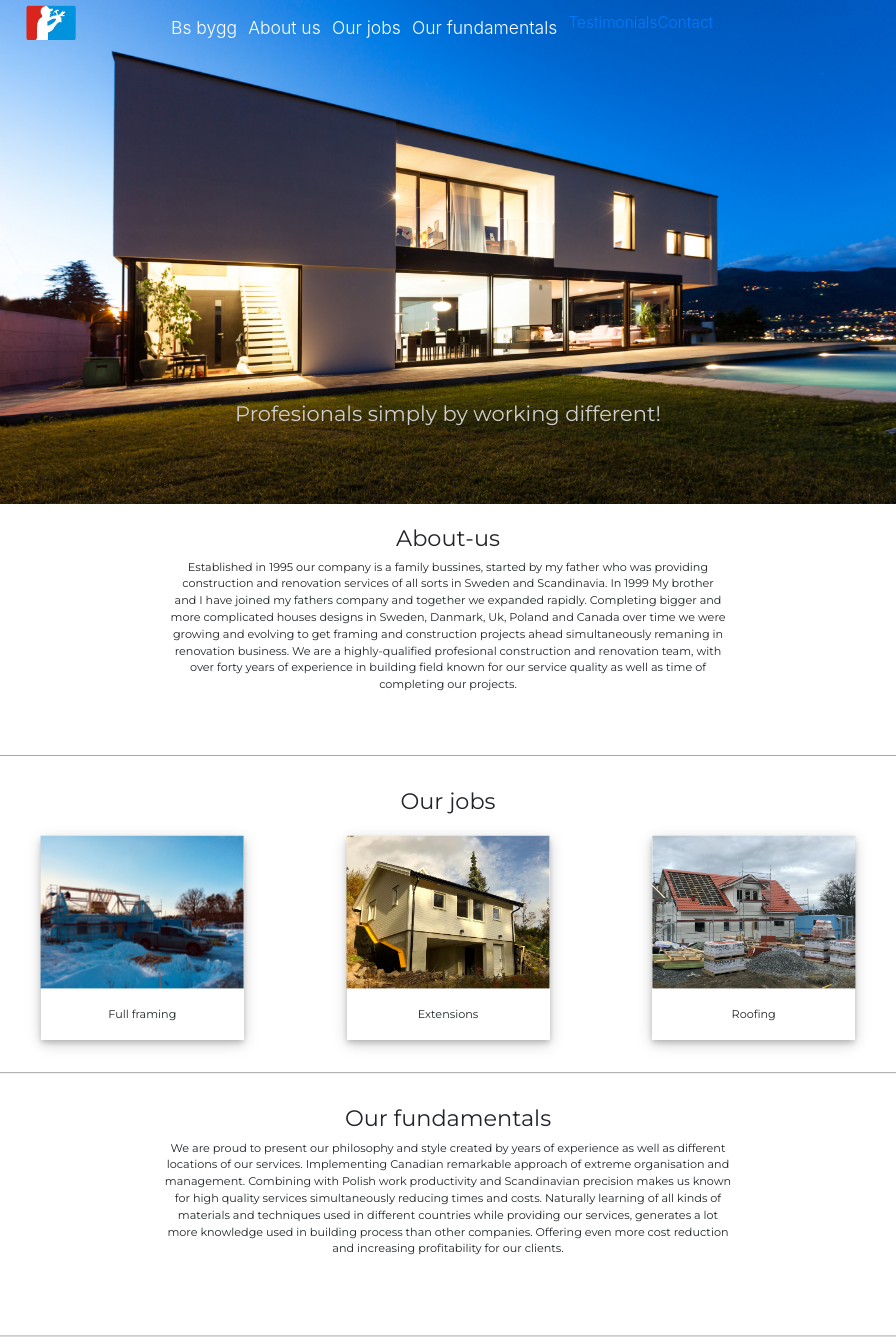
Repository: Bartie1982/milestone-project-1
Page: index.html
The author's editor kept a record of every edit. The page is drawn from the files as they stood at one moment, then again after the next edit.
The browser window is 1280 px wide. The pictures show the part of the page from y = 0 to 1920 px (the page is 2806 px tall), at 70% of full size.
Some web libraries are served in a nearby version.

Above is the page before.

### index.html
<!DOCTYPE html>
<html lang="en">

<head>
    <meta charset="UTF-8">
    <meta name="viewport" content="width=device-width, initial-scale=1.0">
    <meta http-equiv="X-UA-Compatible" content="ie=edge">
    <link rel="stylesheet" href="https://stackpath.bootstrapcdn.com/bootstrap/4.3.1/css/bootstrap.min.css" type="text/css" />
    <link rel="stylesheet" href="https://stackpath.bootstrapcdn.com/font-awesome/4.7.0/css/font-awesome.min.css" type="text/css" />
    <link rel="stylesheet" href="assets/css/style.css" type="text/css" />
    <title>BsBygg</title>
</head>

<body>
    <header>
        <div class="container-fluid h-50 d-inline-block">
            <div class="row">
                   <div class="mt-2 float-sm-left col-lg-2 col-md-3 col-sm-4 col-4">
                        <a href="index.html">
                        <img class="img logo" src="./assets/images/logo1.png" alt="Bs.bygg">
                        </a>
                    </div>
                    <div class="mt-2 col-lg-10 col-md-9 col-sm-8 col-8">
                            <nav class="mt-0 navbar navbar-expand-lg navbar-dark navbar-custom">
                            <a class="navbar-brand float-sm-left" href="index.html">Bs bygg</a>
                             <button class="navbar-toggler" type="button" data-toggle="collapse" data-target="#navbarNav" aria-controls="navbarNav" aria-expanded="false" aria-label="Toggle navigation">
                                    <span class="navbar-toggler-icon"></span>
                            </button>
                                <div class="collapse navbar-collapse" id="navbarNav">
                                    <ul class="navbar-nav">
                                        <li class="nav-item">
                                            <a class="navbar-brand" href="#about-us">About us</a>
                                        </li>
                                        <li class="nav-item">
                                            <a class="navbar-brand" href="#our-jobs">Our jobs</a>
                                        </li>
                                        <li class="nav-item">
                                            <a class="navbar-brand" href="#our-fundamentals">Our fundamentals</a>
                                        </li>
                                        <li class="nav-item">
                                            <a class="avbar-brand" href="#testimonials">Testimonials</a>
                                        </li>
                                        <li class="nav-item">
                                            <a class="avbar-brand" href="#contact">Contact</a>
                                        </li>
                                    </ul>
                                </div>

                        </nav>
                    </div>
        </div>
            </div>
            <div class="container-fluid h-50 d-inline-block">
                <div class="h-75 d-inline-block d-flex justify-content-center quote">
                        <p class="align-self-end ">Profesionals simply by working different!</p>
                </div>
            </div>
    </header>

    <section>
        <div class="d-flex justify-content-center" id="about-us">
            <div class="col-md-8 about-us">
                <h2>About-us</h2>

                <p class="col-md-12 text-space">Established in 1995 our company is a family bussines,
                started by my father who was providing construction and renovation services of all sorts in Sweden and Scandinavia.
                In 1999 My brother and I have joined my fathers company and together we expanded rapidly.
                Completing bigger and more complicated houses designs in Sweden, Danmark, Uk, Poland and Canada over time  we were growing and evolving to get framing and construction projects ahead simultaneously remaning in renovation business.
                We are a highly-qualified profesional construction and renovation team, with over forty years of experience in building field known for our service quality as well as time of completing our projects.
                </p>

            </div>
        </div>

        <div class="row">
            <div class="col-md-12 h-line4">
                <hr>
            </div>
        </div>

    </section>
    <section>
        <div class="row" id="our-jobs">
            <div class="col-md-12 Our-jobs">
                <h2>Our jobs</h2>
                    <div class="row d-flex justify-content-around">
                        <div class="col-sm-12 col-md-12 col-lg-4">
                            <div class="polaroid">
                        <img src="./assets/images/balsta-light.jpg" alt="Full framing" style="width:100%">
                             <div class="container p">
                             <p>Full framing</p>
                             </div>
                       </div>
                        </div>
                        <div class="col-sm-12 col-md-12 col-lg-4">
                            <div class="polaroid">
                        <img src="./assets/images/akersberga-ed.jpg" alt="Extensions" style="width:100%">
                             <div class="container p">
                             <p>Extensions</p>
                             </div>
                       </div>
                        </div>
                        <div class="col-sm-12 col-md-12 col-lg-4">
                            <div class="polaroid">
                        <img src="./assets/images/tak-arbetet-ed.jpg" alt="Roofing" style="width:100%">
                             <div class="container p">
                             <p>Roofing</p>
                         </div>
                        </div>
                    </div>
                </div>
            </div>
        </div>
    </section>
    <section>
        <div class="row">
            <div class="col-md-12 h-line3">
                <hr>
            </div>
        </div>
        <div class="row d-flex justify-content-center" id="our-fundamentals">
            <div class="col-md-8 our-fundamentals">
                <h2>Our fundamentals</h2>

                <p class="col-md-12 text-space">We are proud to present our philosophy and style created by years of experience as well as different locations of our services.
                Implementing  Canadian remarkable approach of extreme organisation and management.
                Combining with Polish work productivity and Scandinavian precision makes us known for high quality services simultaneously reducing times and costs.
                Naturally learning of all kinds of materials and techniques used in different countries while providing our services, generates a lot more knowledge used in building process than other companies. Offering even more
                cost reduction and increasing profitability for our clients.
                </p>
            </div>
        </div>

        <div class="row">
            <div class="col-md-12 h-line4">
                <hr>
            </div>
        </div>
    </section>
    <section>
        <div class="row" id="testimonials">
            <div class="col-md-12 Testimonials">
                <h2>Testimonials</h2>
                    <div class="row people d-flex justify-content-around">
                        <div class="col-sm-12 col-md-4 person">
                            <img class="img-fluid" src="./assets/images/Face 6.jpg" alt="Peter">
                            <p class="text-space"><i>"It's verry professional company with services worth recomending to everyone."</i><br><b>PETER</b></p>
                        </div>
                        <div class="col-sm-12 col-md-4 person">
                            <img class="img-fluid" src="./assets/images/Face 4.jpg" alt="Henrik">
                            <p class="text-space"><i>"Very good prepared and colaborative, I could see right away I have been hired profesionals."</i><br><b>HENRIK</b></p>
                        </div>
                        <div class="col-sm-12 col-md-4 person">
                            <img class="img-fluid" src="./assets/images/Face 7.jpg" alt="Frida">
                            <p class="text-space">"<i>Work was well planed, well orginased and definetly quick and clean."</i><br><b>FRIDA</b></p>
                        </div>
                    </div>
            </div>
                <div class="row">
                    <div class="col-md-12 h-line4">
                        <hr>
                    </div>
                </div>
    </section>
    <footer class="container-fluid" id="contact">
        <div class="row">
                <div class="col-lg-6 col-md-6 col-sm-12 mx-auto">
                    <h4 class="general-sub w-50 mx-auto">Contact</h4>

                        <div class="w-50 mx-auto">
                            <div>
                            <p><b>Email:</b> contact@bsbygg.com</p>
                            </div>
                            <div>
                            <p><b>Mobile:</b> 0704645042 </p>
                            </div>
                            <div>
                            <p><b>Adress:</b> Petersbergsvagen 5 <br>185 34 Vaxholm</p>
                        </div>
                </div>
        </div>
            <div class="col-lg-6 col-md-6 col-sm-12 social mx-auto">
                <h4 class="general-sub w-50 mx-auto">Social</h4>
                <ul class="list-inline social-links w-50 mx-auto">
                <li class="list-inline-item">
                    <a target="_blank" href="https://www.linkedin.com/">
                        <i class="fa fa-linkedin" aria-hidden="true"></i>
                        <span class="sr-only">Linkedin</span>
                    </a>
                </li>

                <li class="list-inline-item">
                    <a target="_blank" href="https://www.facebook.com/">
                        <i class="fa fa-facebook" aria-hidden="true"></i>
                        <span class="sr-only">Facebook</span>
                    </a>

                </li>
                <li class="list-inline-item">
                    <a target="_blank" href="https://www.pinterest.com/">
                        <i class="fa fa-pinterest" aria-hidden="true"></i>
                        <span class="sr-only">Pinterest</span>
                    </a>
                </li>
                <li class="list-inline-item">
                    <a target="_blank" href="https://www.instagram.com/">
                        <i class="fa fa-instagram" aria-hidden="true"></i>
                        <span class="sr-only">Instagram</span>
                    </a>
                </li>

                </ul>
            </div>
        </div>
        <div class="d-flex justify-content-center">
            <p class="">All rights reserved  Bartosz Szkaradzinski 2020</p>
        </div>
    </footer>
    <script src="https://code.jquery.com/jquery-3.2.1.slim.min.js" integrity="sha384-KJ3o2DKtIkvYIK3UENzmM7KCkRr/rE9/Qpg6aAZGJwFDMVNA/GpGFF93hXpG5KkN" crossorigin="anonymous"></script>
<script src="https://cdnjs.cloudflare.com/ajax/libs/popper.js/1.12.9/umd/popper.min.js" integrity="sha384-ApNbgh9B+Y1QKtv3Rn7W3mgPxhU9K/ScQsAP7hUibX39j7fakFPskvXusvfa0b4Q" crossorigin="anonymous"></script>
<script src="https://maxcdn.bootstrapcdn.com/bootstrap/4.0.0/js/bootstrap.min.js" integrity="sha384-JZR6Spejh4U02d8jOt6vLEHfe/JQGiRRSQQxSfFWpi1MquVdAyjUar5+76PVCmYl" crossorigin="anonymous"></script>
</body>

</html>

### assets/css/style.css
@import url('https://fonts.googleapis.com/css?family=Montserrat&display=swap:100,200,300,400,500,600,700|Exo:100,200,300,400,500,600,700');


/*----------------------------------------------Colours*/
.bg-color-name-title {
      color: #000234;
}



/*----------------------------------------------Heading*/

html, body {
    width: 100vw;
    overflow-x: hidden;
    overflow-y: auto;
}

header {
    height: 100vh;
    margin: 0;
    background: url("../images/Villa1.jpg");
    background-repeat: no-repeat;
    background-size: cover;


}

.logo {
    background-repeat: no-repeat;
    background-size: 30px;
    min-height: 20px;
    height: 50px;
    margin-top: inherit;
    margin-left: 20px;
    margin-right: 2px;
    padding-left: 0px;
    padding-right:0px;

}


.navbar {
    margin-right: auto;
    margin-left: auto;
    margin-top: 25px;
    color: #F8F8FF;

}

.navbar-dark {
    font-size: 22px;
    font-weight: 300;
    color: #F8F8FF;

}

.navbar-brand {
    font-size: 25px;
    color: #F8F8FF;
}


.quote {
    color: #cdcdcd;
    font-family: "Exo", Montserrat;
    font-weight: 100;
    font-size: 30px;
    text-align: center;


}


/*----------------------------------------------About us*/

.about-us {

    font-family: "Exo", Montserrat;
    margin-top: 30px;
    text-align: center;
    min-height: 300px;

}

/*----------------------------------------------Our fundamentals*/



.our-fundamentals {
    font-family: "Exo", Montserrat;
    margin-top: 30px;
    text-align: center;
    min-height: 300px;
}




/*----------------------------------------------Our jobs*/

.polaroid {
  width: 290px;
  box-shadow: 0 4px 8px 0 rgba(0, 0, 0, 0.2), 0 6px 20px 0 rgba(0, 0, 0, 0.19);
  text-align: center;
  margin: 30px auto 30px auto;

}

.Our-jobs {
    font-family: "Exo", Montserrat;
    margin-top: 30px;
    text-align: center;
    min-height: 300px;

}


/*----------------------------------------------Testimonials*/

.container p {
  padding: 25px;
}
.people {
    margin-top:20px;
    margin-bottom: 40px;
}
.person {

    height: inherit;
    margin-bottom: 30px;
}
.person img {
    width: 50%;
    margin-left: auto;
    margin-right: auto;
}
.person p {
    padding-left: 30px;
    padding-right: 30px;
}


.name {
    font-family: "Exo", Montserrat;
    background-position: center;
    margin-top: 50px;
    font-weight: 100;
    min-height: 100px;
    font-size: 46px;
    color: #fff;

}

.Testimonials {
    font-family: "Exo", Montserrat;
    margin-top: 30px;
    text-align: center;
    min-height: 300px;

}

/*----------------------------------------------Spacers/lines/margins/paddings/text */

h1,
h2,
h3,
h4 {
       margin: 0;
}

hr {
    background-color: grey;
    height: 1px;
    border: 0; }

.h-line3 {
    margin-top: 0;

}

.h-line4 {
    margin-top: 1%;
}

.text-space {
    margin-top: 10px;
    margin-bottom: 10px;
}

.general-sub {
    margin-top: 20px;
    margin-bottom: 10px;
    color: #fafafa;
    font-family: "Exo", Montserrat;
    font-weight: 300;

}

.inline-block {
    display: inline-block;

}

/*----------------------------------------------Footer*/

footer {
    background-color: #525252;
    color: #fafafa;
    min-height: 240px;
}

.contact {
    margin-left: auto;
    margin-right: auto;

}

.quote-pdf i {
    font-size: 20px;
    color: #fafafa;
    text-align: center;
    padding-left: 8px;
    transition: all 0.45s ease-in;
    -moz-transition: all 0.45s ease-in;
    -webkit-transition: all 0.45s ease-in;
    -o-transition: all 0.45s ease-in;
}

.quote-pdf i:hover {
    color: #40A8AF;

}
.social {
     margin-right: auto;
     margin-left: auto;
}

.social-links li a i {
    width: 30px;
    height:30px;
    padding: 15px;
    border-radius: 15%;
    font-size: 15px;
    line-height: 10px;
    text-align: center;
    color: #fafafa;
    background: #8f8f8f;
    transition: all 0.35s ease-in;
    -moz-transition: all 0.35s ease-in;
    -webkit-transition: all 0.35s ease-in;
    -o-transition: all 0.35s ease-in;
}

.social-links li a i:hover {
    background: #40A8AF;
}

After the next edit:
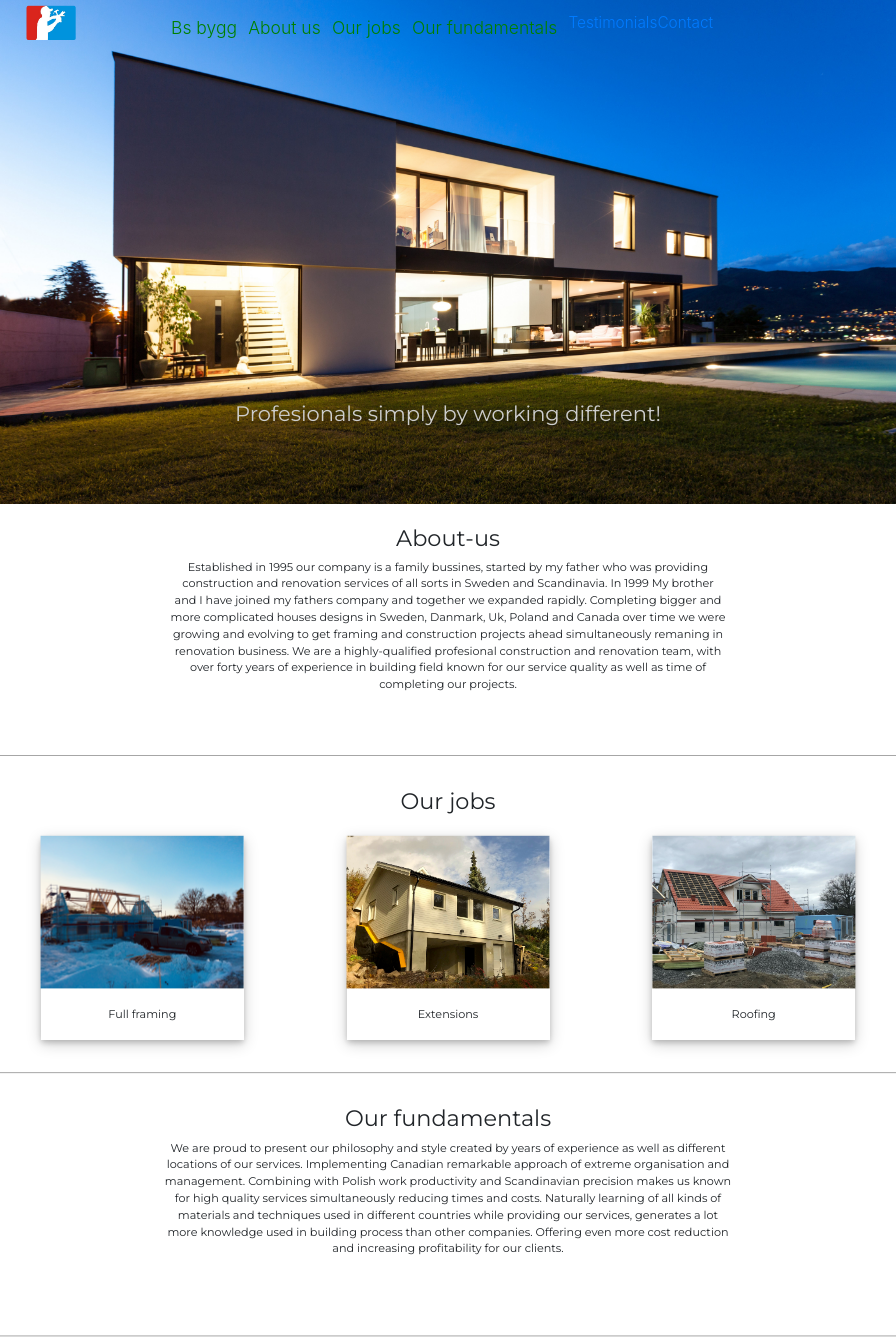
The edit:
--- a/assets/css/style.css
+++ b/assets/css/style.css
@@ -60,6 +60,10 @@
     color: #F8F8FF;
 }
 
+.navbar-custom .navbar-brand,
+.navbar-custom .navbar-text {
+    color: green;
+}
 
 .quote {
     color: #cdcdcd;
